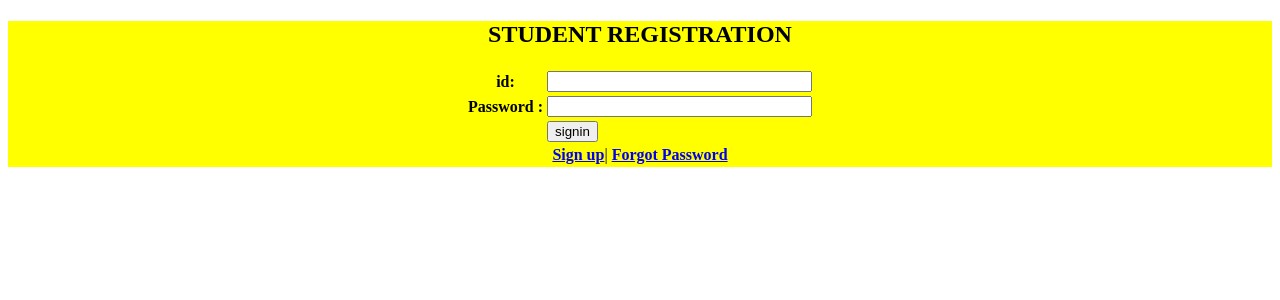
Repository: sachinmandloi1921/AdvanceJava
Page: http://localhost/Advance_Maven/loginview.jsp
An editor plug-in stored every save of this project. The page is shown before and after the next save, followed by the edit.
The browser window is 1280 px wide. The pictures show the whole page.
The page is served by Tomcat 9.

Above is the page before, as saved 2022-07-14 05:21:50.

After the next save:
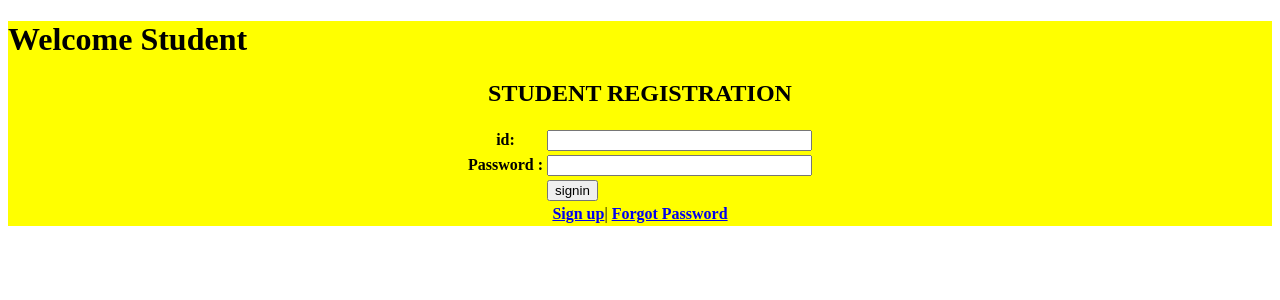
Saved 75 s later.
--- a/Advance Workspace/Advance_Maven/src/main/webapp/loginview.jsp
+++ b/Advance Workspace/Advance_Maven/src/main/webapp/loginview.jsp
@@ -18,7 +18,7 @@ if(s!=null){%>
 <%} %>
 
 		<div align="center" style="background-color:yellow;">
-		<h1></h1>
+		<h1 align = "left">Welcome Student</h1>
 
 			<h2>STUDENT REGISTRATION</h2>
 			<table>
